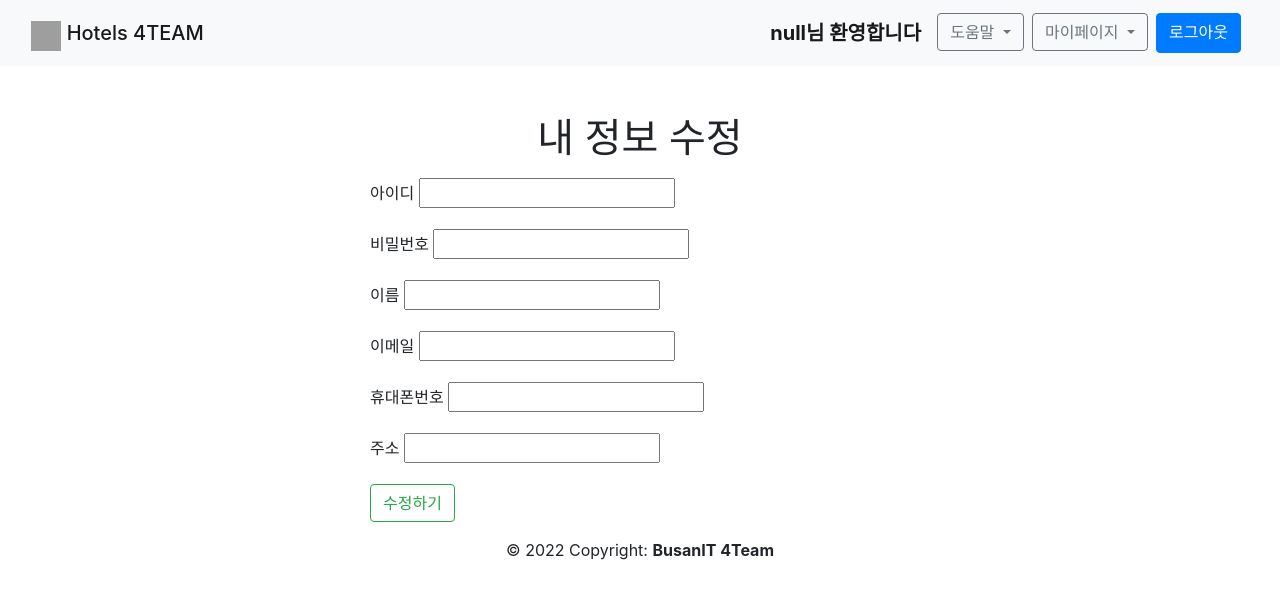
Repository: ShinKioh/Hotel_project
Page: http://localhost/HOTEL/editUser.jsp
An editor plug-in stored every save of this project. The page is shown before and after the next save, followed by the edit.
The browser window is 1280 px wide. The pictures show the whole page.
Pictures or frames that could not be fetched are drawn as grey boxes. The page is served by Tomcat 9.

Above is the page before, as saved 2022-02-18 03:44:08.

After the next save:
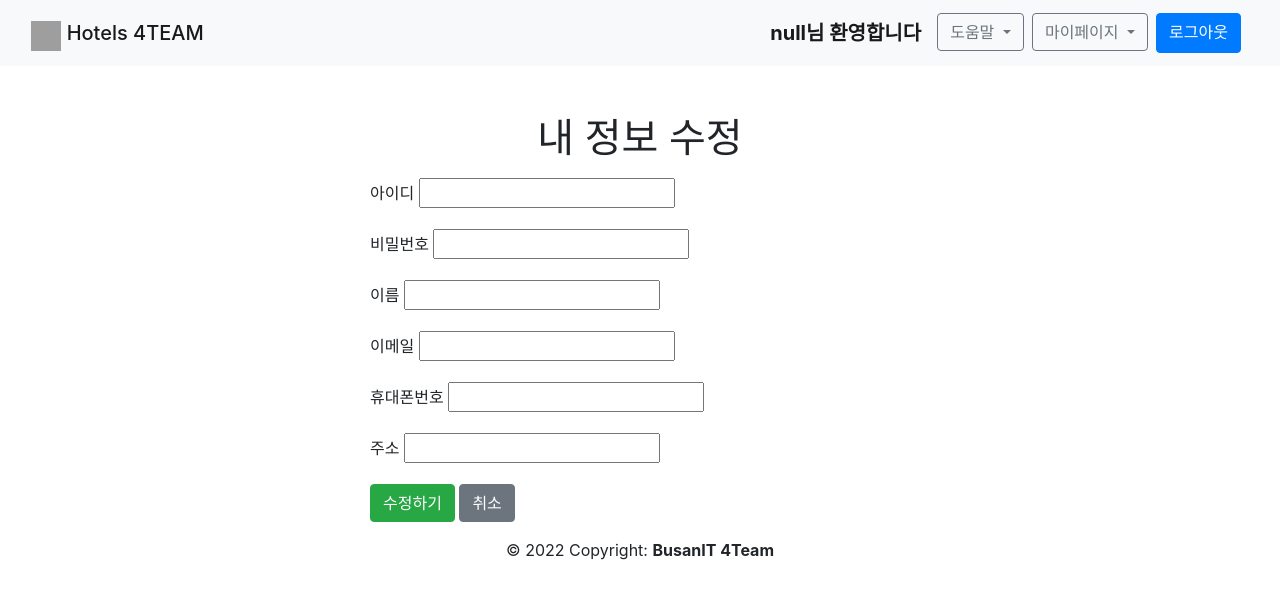
Saved 67 s later.
--- a/HOTEL/WebContent/editUser.jsp
+++ b/HOTEL/WebContent/editUser.jsp
@@ -84,7 +84,8 @@
 							id="address" required><br>
 					</div>
 
-					<button type="submit" class="btn btn-outline-success">수정하기</button>
+					<button type="submit" class="btn btn-success">수정하기</button>
+					<button type="button" class="btn btn-secondary" data-dismiss="modal">취소</button>
 				</form>
 			</div>
 		</div>
